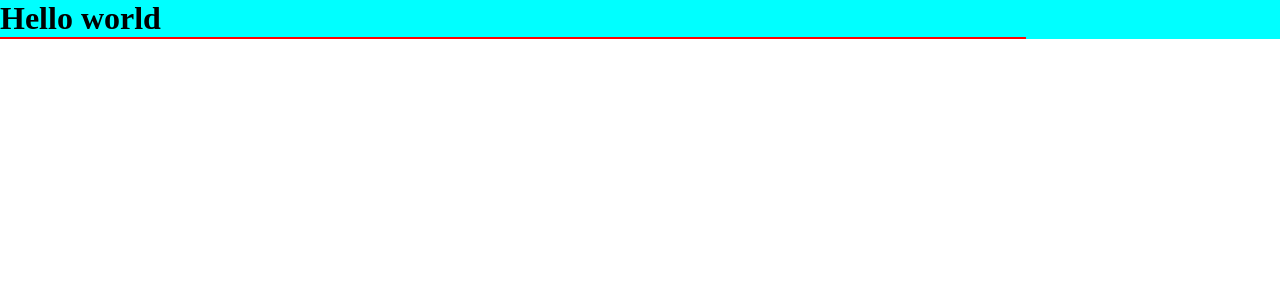
Repository: RPSKumara/DPEdudationPyhton
Page: ImageStyle/index.html
The author's editor kept a copy of each file at every save. The page is drawn from the files as they stood at one save, then again after the next save.
The browser window is 1280 px wide. The pictures show the whole page.

Above is the page before, as saved 2022-04-20 10:12:01.

### ImageStyle/index.html
<!DOCTYPE html>
<html lang="en">
	<head>
		<meta charset="UTF-8" />
		<meta http-equiv="X-UA-Compatible" content="IE=edge" />
		<meta name="viewport" content="width=device-width, initial-scale=1.0" />
		<link rel="stylesheet" href="style.css" />
		<title>Document</title>
	</head>
	<body>
		<div class="container">
			<h1>Hello world</h1>
			<div class="imageSlider">
				<!-- <img src="Images/01.jpg" alt="images" class="previewImg" srcset="" /> -->
			</div>
		</div>
	</body>
</html>

### ImageStyle/style.css
*{
    margin: 0;
    padding: 0;
}
.container{
    width: 100%;
    background-color: aqua;
}
.imageSlider{
    min-width: 80%;
    width: 80%;
    background-color: blue;
    border: red solid 0.5px;
}
.previewImg{
    width: 250px;
}

After the next save:
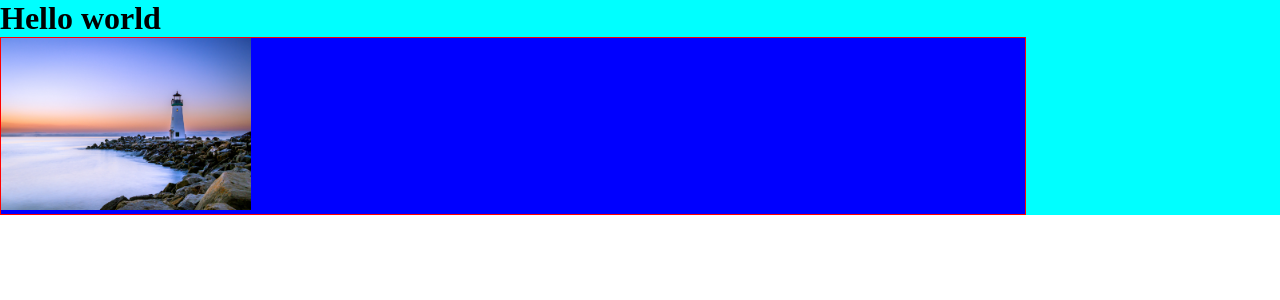
Saved 12 s later.
--- a/ImageStyle/index.html
+++ b/ImageStyle/index.html
@@ -11,7 +11,7 @@
 		<div class="container">
 			<h1>Hello world</h1>
 			<div class="imageSlider">
-				<!-- <img src="Images/01.jpg" alt="images" class="previewImg" srcset="" /> -->
+				<img src="Images/01.jpg" alt="images" class="previewImg" srcset="" />
 			</div>
 		</div>
 	</body>
